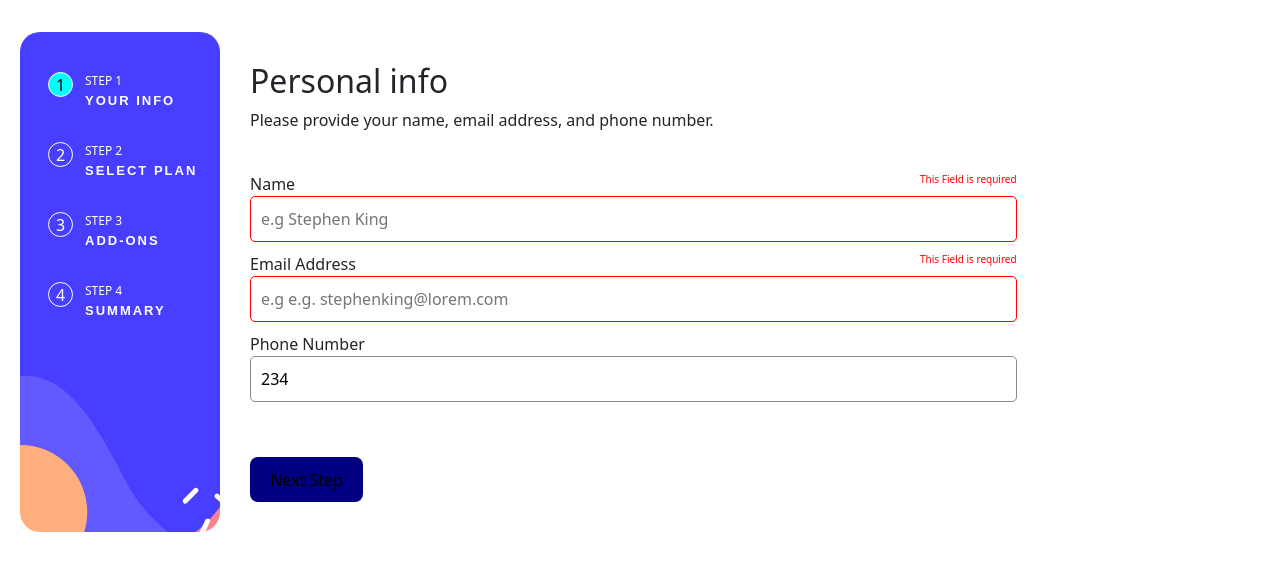
Repository: Celebration-cloud/Multi-Step-Form
Page: /
The author's editor kept a copy of each file at every save. The page is drawn from the files as they stood at one save, then again after a run of saves.
The browser window is 1280 px wide. The pictures show the whole page.
The project was rebuilt for these pictures with package versions that can differ from the ones it lists, and the page was loaded fresh each time. Also part of the build but not shown: vite.config.js, src/GoBack.jsx.

Above is the page before, as saved 2023-11-01 14:11:35.

After the next 2 saves:
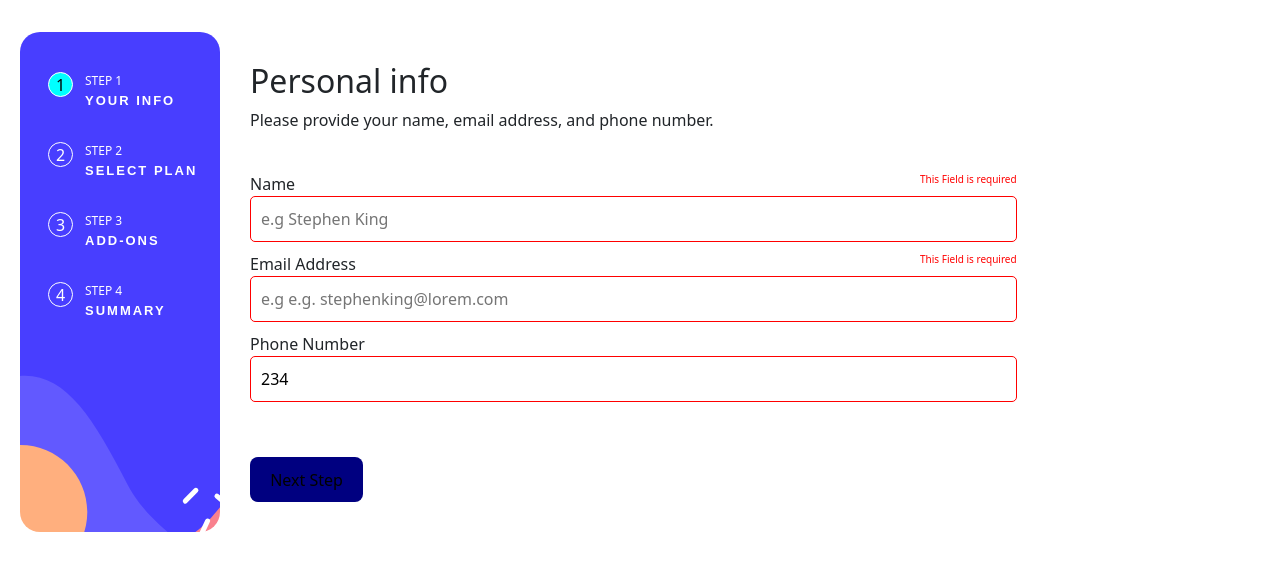
The 2 saves are shown as one change because they came seconds apart.
The last was saved 15 s later.
--- a/src/Procedures/ProceduresList.jsx
+++ b/src/Procedures/ProceduresList.jsx
@@ -102,6 +102,7 @@ function PersonalInfo({handleSubmit}) {
       </span>
       <input
         className="formInfo"
+        style={personalData.name.length < 1 ? { border: "1px solid red" } : {}}
         id="phoneNumber"
         name="phoneNumber"
         value={personalData.phoneNumber}
